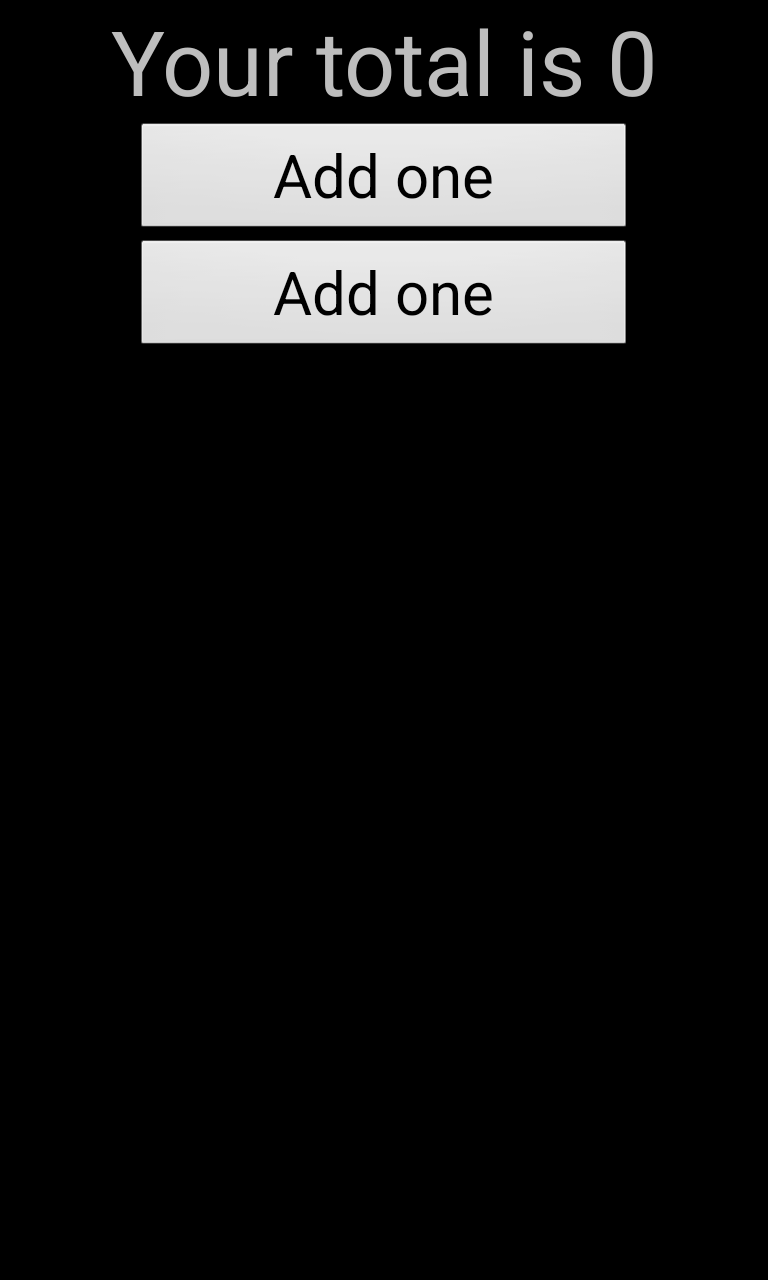
Repository: lcbasu/android
Layout: adt/TheNewBoston/res/layout/activity_starting_point.xml
These files come from the project's save history. The layout is drawn as it stood at one moment and after the next save; the edit follows.
It is drawn on a 768 x 1280 px phone screen (xhdpi) without system bars, with theme android:Theme; the app's code is not run.

Above is the layout before, as saved 2014-05-18 04:30:00.

### adt/TheNewBoston/res/layout/activity_starting_point.xml
<?xml version="1.0" encoding="utf-8"?>
<LinearLayout xmlns:android="http://schemas.android.com/apk/res/android"
    android:layout_width="fill_parent"
    android:layout_height="fill_parent"
    android:orientation="vertical" >

    <TextView
        android:layout_width="fill_parent"
        android:layout_height="wrap_content"
        android:layout_gravity="center"
        android:gravity="center"
        android:text="Your total is 0"
        android:textSize="45sp" />

    <Button
        android:layout_width="250dp"
        android:layout_height="wrap_content"
        android:layout_gravity="center"
        android:text="Add one"
        android:textSize="30dp" />

    <Button
        android:layout_width="250dp"
        android:layout_height="wrap_content"
        android:layout_gravity="center"
        android:text="Add one"
        android:textSize="30dp" />

</LinearLayout>

After the next save:
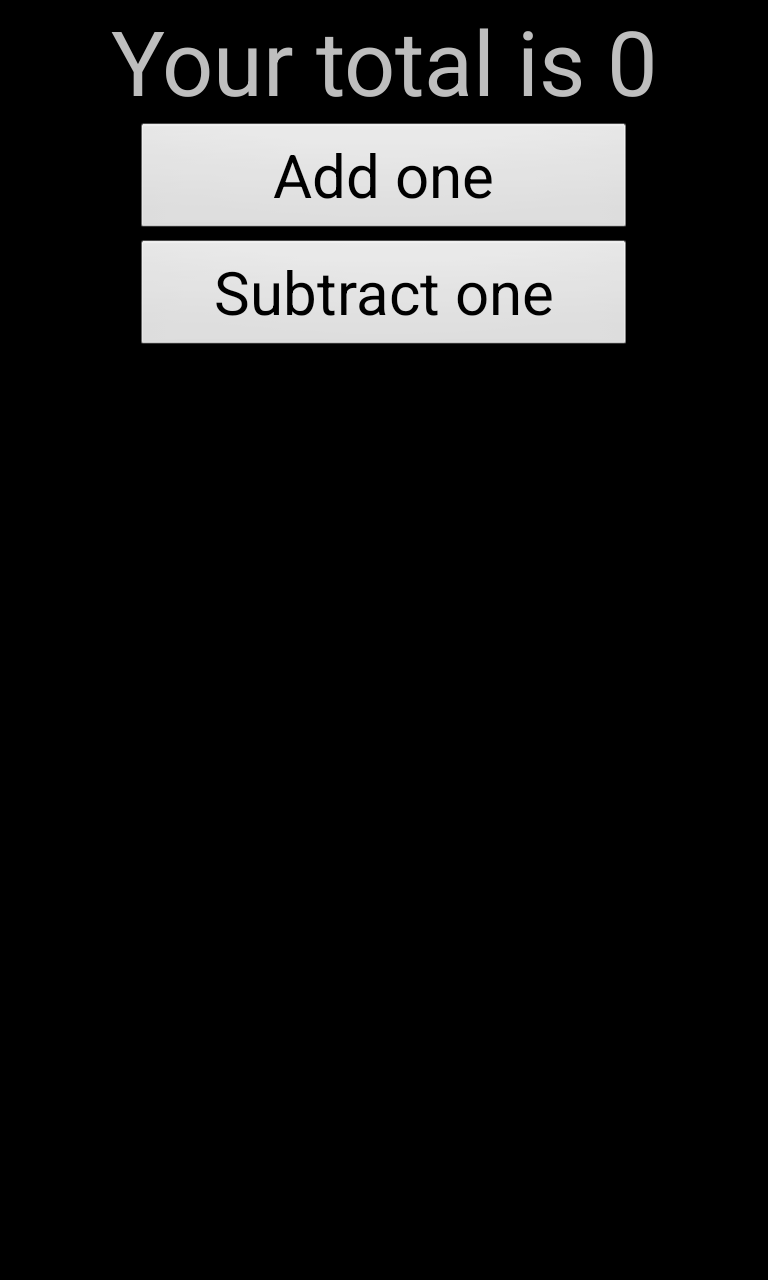
Saved 7 min 18 s later.
--- a/adt/TheNewBoston/res/layout/activity_starting_point.xml
+++ b/adt/TheNewBoston/res/layout/activity_starting_point.xml
@@ -10,20 +10,23 @@
         android:layout_gravity="center"
         android:gravity="center"
         android:text="Your total is 0"
-        android:textSize="45sp" />
+        android:textSize="45sp"
+        />
 
     <Button
         android:layout_width="250dp"
         android:layout_height="wrap_content"
         android:layout_gravity="center"
         android:text="Add one"
-        android:textSize="30dp" />
+        android:textSize="30dp"
+        />
 
     <Button
         android:layout_width="250dp"
         android:layout_height="wrap_content"
         android:layout_gravity="center"
-        android:text="Add one"
-        android:textSize="30dp" />
+        android:text="Subtract one"
+        android:textSize="30dp"
+        />
 
 </LinearLayout>
